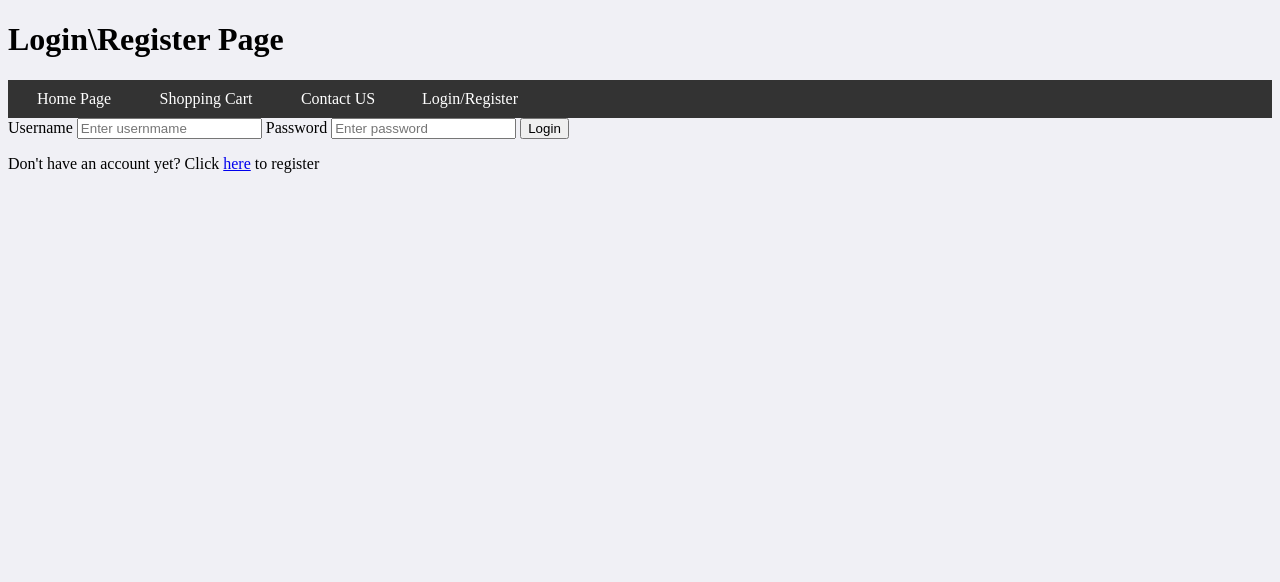
Repository: IosifDobos/Beatrice-Boutique
Page: BeatriceBoutique/Java/WorkSpace/BeatriceBoutique/WebContent/login.html
These files come from the project's save history. The page is drawn as it stood at one moment and after the next save; the edit follows.
The browser window is 1280 px wide. The pictures show the whole page.

Above is the page before, as saved 2018-12-04 17:56:51.

### BeatriceBoutique/Java/WorkSpace/BeatriceBoutique/WebContent/login.html
<!DOCTYPE html PUBLIC "-//W3C//DTD HTML 4.01 Transitional//EN" "http://www.w3.org/TR/html4/loose.dtd">

<html>

<head>
<meta http-equiv="Content-Type" content="text/html; charset=ISO-8859-1">
<link rel="stylesheet" type="text/css" href="styleSheet.css">
<title>Login Page</title>
</head>

<body>

	<h1>Login\Register Page</h1>

	<ul>
		<li><a href="homePage.html">Home Page</a></li>
		<li><a href="shoppingCart.html">Shopping Cart</a></li>
		<li><a href="contact.html">Contact US</a></li>
		<li><a href="login.html">Login/Register</a></li>
	</ul>

	<div id = "container">

            <form action="FrontController" method="post">
                <label for="username">Username</label>
                	<input type="text" id="username" name="usernane" placeholder="Enter usernmame">
                <label for="password">Password</label>
                	<input type="password" id="password" name="password" placeholder="Enter password">

                <input type="hidden" name="action" value="LoginUser" />
                <input type="submit" value="Login" />
            </form>

            <p>Don't have an account yet? Click <a href="register.html">here</a> to register</p>

     </div>

</body>
</html>

### BeatriceBoutique/Java/WorkSpace/BeatriceBoutique/WebContent/styleSheet.css
@charset "UTF-8";

body{
	background-color: #f0f0f5;
}

ul {
	position: -webkit-sticky;
	position: sticky;
    list-style-type: none;
    top: 0;
    margin: 0;
    padding: 0;
    overflow: hidden;
    background-color: #333;
}

li{
	float: left;
}

li a{
	display: block;
	color: white;
	text-align: center;
	padding: 10px 16px;
	text-decoration: none;
	width: 100px;

}

li a:hover {
    background-color: #555;
    color: white;
}

.active {
    background-color: #4CAF50;
    color: white;
}

.container{
	margin-top: 25px;
	margin-left: 25px;
	margin-right: 25px;
	background-color:  white;
	min-height: 400px;
	width: 95%;
}

/*#container:after{
	content: "";
	display: table;
	clear: both;
} */



#sidemenu {
    min-height: 100px;; /* Full-height: remove this if you want "auto" height */
    width: 150px;; /* Set the width of the sidebar */
    position: fixed; /* Fixed Sidebar (stay in place on scroll) */
    z-index: 1; /* Stay on top */
    top: 150px; /* Stay at the top */
    left: 50px;
    background-color: ; /* Black */
    overflow-x: hidden; /* Disable horizontal scroll */
    padding: 8px 0;
}

#sidemenu a {
    padding: 6px 8px 6px 16px;
    text-decoration: none;
    font-size: 16px;
    color: #818181;
    display: block;
}

/* When you mouse over the navigation links, change their color */
#sidemenu a:hover {
    color: #679898;
}

/* Style page content */
#right-side {
    margin-left: 170px; /* Same as the width of the sidebar */
    padding: 3px 5px 20px 20px;
    background-color: #f0f5f5;
    min-height: 300px;
}


/* #right-side{
	float: right;
	margin-right: 20px;
	width: 60%;
} */


#product-1{
	position: absolute;
	margin-left: 15px;
}

#product-2{
	position: absolute;
	margin-left: 345px;
}

#product-3{
	position: absolute;
	margin-left: 665px;
}

#button-url{
	position: absolute;
	margin-top: 35px;
	margin-left: 115px;
	width: 100px;
	height: 100px;
}

#button-url1{
	position: absolute;
	margin-top: 35px;
	margin-left: 435px;
	width: 100px;
	height: 100px;
}

#button-url2{
	position: absolute;
	margin-top: 35px;
	margin-left: 750px;
	width: 100px;
	height: 100px;
}


/* Responsive layout - when the screen is less than 600px wide, make the two columns stack on top of each other instead of next to each other */
@media screen and (max-width: 600px) {
    .col-25, .col-75, input[type=submit] {
        width: 100%;
        margin-top: 0;
    }
}

@media screen and (max-height: 450px) {
    #sidemenu {padding-top: 15px;}
    #sidemenu a {font-size: 18px;}
}

After the next save:
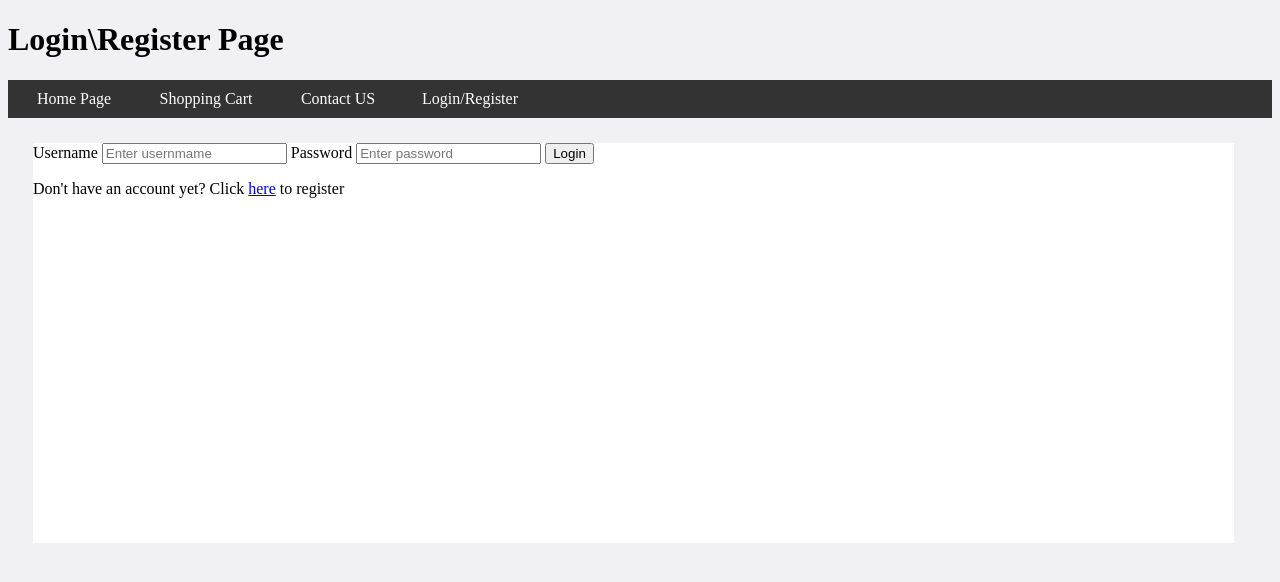
Saved 7 min 41 s later.
--- a/BeatriceBoutique/Java/WorkSpace/BeatriceBoutique/WebContent/login.html
+++ b/BeatriceBoutique/Java/WorkSpace/BeatriceBoutique/WebContent/login.html
@@ -19,7 +19,7 @@
 		<li><a href="login.html">Login/Register</a></li>
 	</ul>
 
-	<div id = "container">
+	<div class = "container">
 
             <form action="FrontController" method="post">
                 <label for="username">Username</label>
